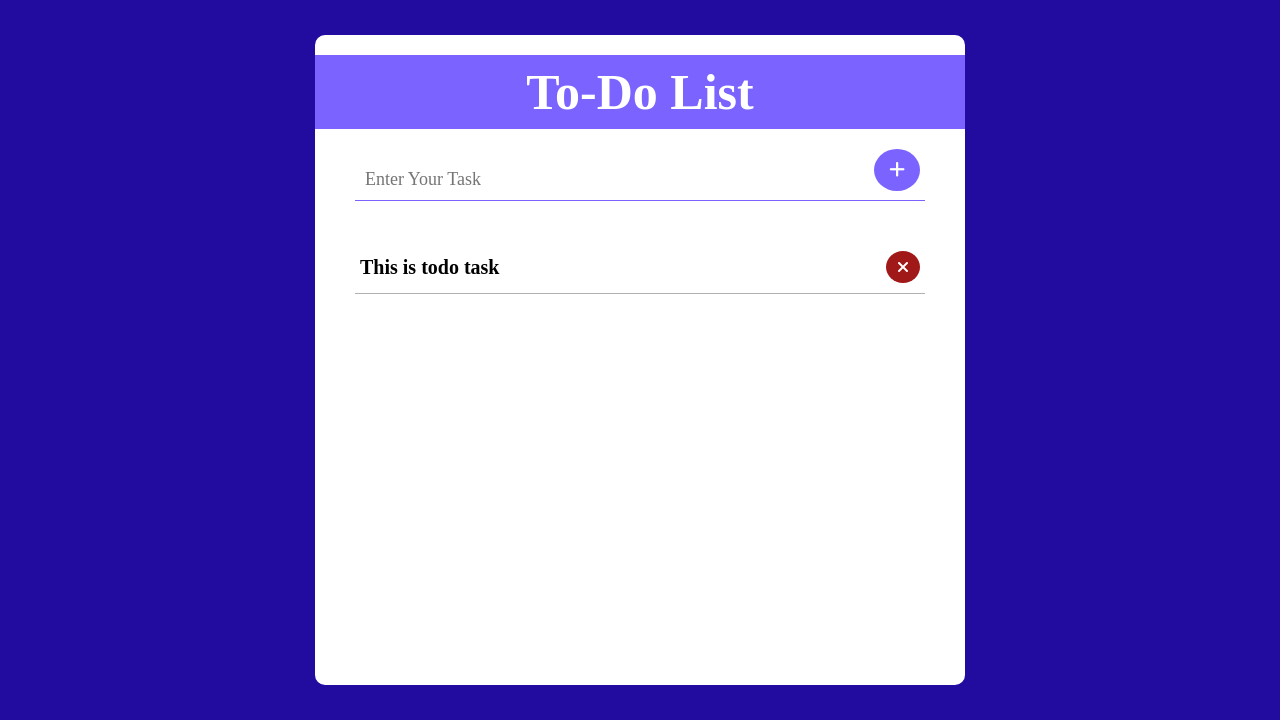
Repository: AliHassan02-Dev/To-Do-App
Page: /
The author's editor kept a copy of each file at every save. The page is drawn from the files as they stood at one save, then again after the next save.
The browser window is 1280 px wide. The pictures show the whole page.
Some web libraries are served in a nearby version. The project was rebuilt for these pictures with package versions that can differ from the ones it lists, and the page was loaded fresh each time. Also part of the build but not shown: vite.config.js.

Above is the page before, as saved 2024-10-28 11:56:55.

### src/App.css
* {
  margin: 0;
  padding: 0;
  box-sizing: border-box;
  font-family: poppins;
}

.mainWrapper {
  width: 100%;
  height: 100vh;
  background-color: rgb(34, 12, 160);
  display: flex;
  justify-content: center;
  flex-direction: column;
}

.mainWrapper .container {
  width: 100%;
  max-width: 650px;
  height: 650px;
  background-color: white;
  margin: auto;
  border-radius: 10px;
}

.mainWrapper .container .topBar {
  margin: 20px 0px;
}

.mainWrapper .container .topBar h2 {
  width: 100%;
  text-align: center;
  background-color: rgb(122, 99, 255);
  font-size: 50px;
  padding: 8px;
  color: white;
}

.mainWrapper .container .topBar .addTask {
  width: 100%;
  display: flex;
  justify-content: center;
  align-items: center;
  padding: 10px 40px;
  margin-top: 20px;
  position: relative;
}

.mainWrapper .container .topBar .addTask .wrapper {
  width: 100%;
  display: flex;
  justify-content: center;
  align-items: center;
  position: relative;
}

.mainWrapper .container .topBar .addTask input {
  width: 100%;
  border: none;
  border-bottom: 1px solid rgb(122, 99, 255);
  font-size: 18px;
  padding: 10px;
}

.mainWrapper .container .topBar .addTask span {
  position: absolute;
  bottom: 10px;
  right: 5px;
  background-color: rgb(122, 99, 255);
  color: white;
  font-size: 18px;
  padding: 12px 15px;
  border-radius: 100%;
  cursor: pointer;
}

.mainWrapper .container .bottomBar {
  margin: 20px 0px;
  padding: 10px 40px;
}

.mainWrapper .container .bottomBar ol {
  list-style-type: none;
}

.mainWrapper .container .bottomBar .taskList {
  width: 100%;
  flex-wrap: nowrap;
  display: flex;
  justify-content: space-between;
  align-items: center;
  border-bottom: 1px solid rgba(100, 100, 100, 0.5);
  padding: 10px 5px;
}

.mainWrapper .container .bottomBar .taskList li {
  font-size: 20px;
  font-weight: 600;
}

.mainWrapper .container .bottomBar .taskList span {
  color: white;
  background-color: rgb(160, 24, 24);
  padding: 8px 11px;
  font-size: 16px;
  border-radius: 100%;
  cursor: pointer;
}

### src/App.jsx
import React from "react";
import TaskList from "./Components/TaskList";

const App = () => {
  return (
    <div className="mainWrapper">
      <div className="container">
        <div className="topBar">
          <h2>To-Do List</h2>

          <div className="addTask">
            <div className="wrapper">
              <input type="text" placeholder="Enter Your Task" />
              <span className="fa-solid fa-plus"></span>
            </div>
          </div>
        </div>
        <div className="bottomBar">
          <ol>
            <TaskList />
          </ol>
        </div>
      </div>
    </div>
  );
};

export default App;

### src/Components/TaskList.jsx
import React from "react";

const TaskList = () => {
  return (
    <div className="taskList">
      <li>This is todo task</li>
      <span class="fa-solid fa-xmark"></span>
    </div>
  );
};

export default TaskList;

Loaded but not shown: index.html (common file); src/main.jsx (common file)

After the next save:
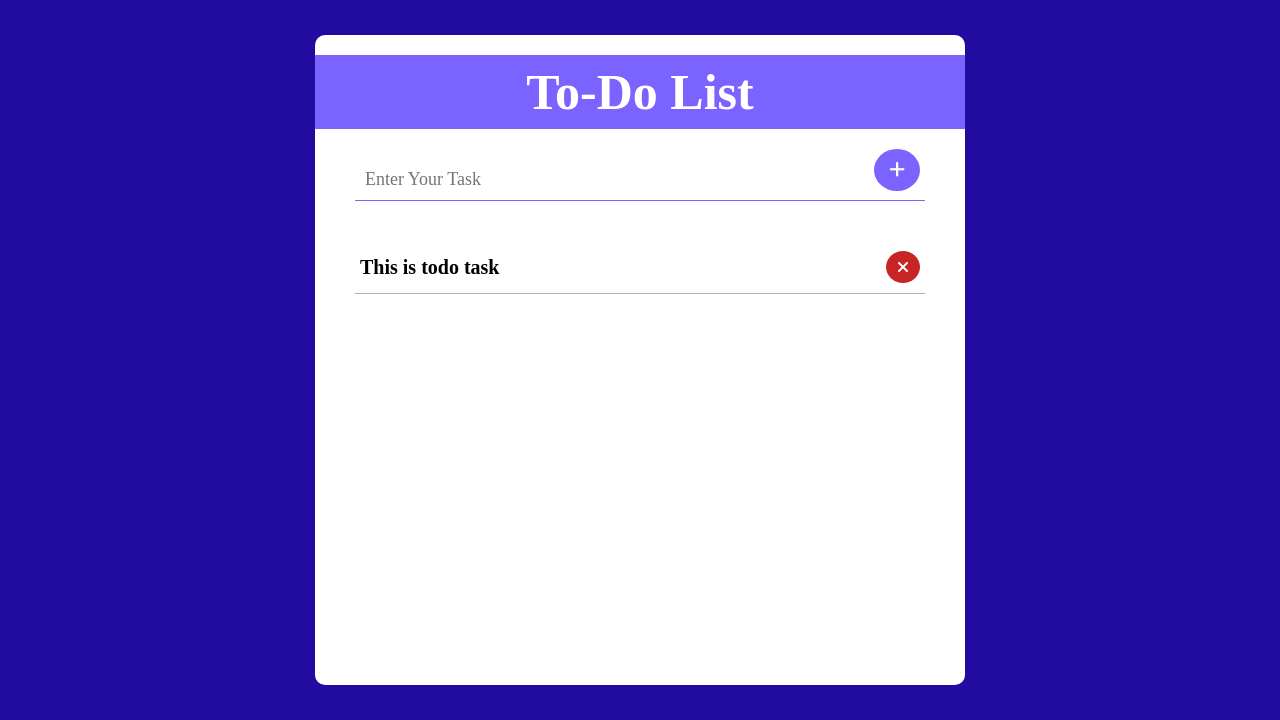
Saved 5 s later.
--- a/src/App.css
+++ b/src/App.css
@@ -100,7 +100,7 @@
 
 .mainWrapper .container .bottomBar .taskList span {
   color: white;
-  background-color: rgb(160, 24, 24);
+  background-color: rgb(199, 37, 37);
   padding: 8px 11px;
   font-size: 16px;
   border-radius: 100%;
